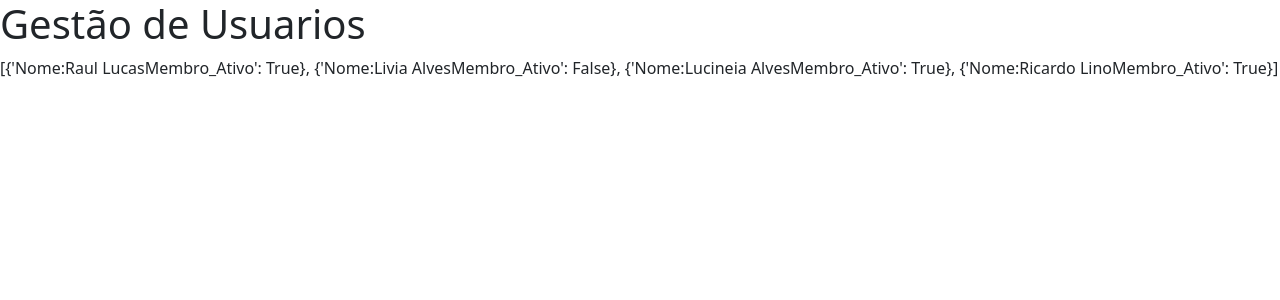
Repository: raullino230/Gest-o-de-Usu-rios
Page: http://localhost/
An editor plug-in stored every save of this project. The page is shown before and after a run of saves, followed by the edit.
The browser window is 1280 px wide. The pictures show the whole page.
The page is served by the project's application, run on Flask 3 (main.py).

Above is the page before, as saved 2025-09-14 20:50:01.

### templates/index.html
<!doctype html>
<html lang="en">
  <head>
    <meta charset="utf-8">
    <meta name="viewport" content="width=device-width, initial-scale=1">
    <title>Bootstrap demo</title>
    <link href="https://cdn.jsdelivr.net/npm/bootstrap@5.3.8/dist/css/bootstrap.min.css" rel="stylesheet" integrity="sha384-sRIl4kxILFvY47J16cr9ZwB07vP4J8+LH7qKQnuqkuIAvNWLzeN8tE5YBujZqJLB" crossorigin="anonymous">
  </head>
  <body>
    <h1>{{ titulo }}</h1>
    <p>{{ usuarios }}</p>
    <script src="https://cdn.jsdelivr.net/npm/bootstrap@5.3.8/dist/js/bootstrap.bundle.min.js" integrity="sha384-FKyoEForCGlyvwx9Hj09JcYn3nv7wiPVlz7YYwJrWVcXK/BmnVDxM+D2scQbITxI" crossorigin="anonymous"></script>
  </body>
</html>

### main.py
from flask import Flask, url_for, render_template

#inicialização
app = Flask(__name__)

#rotas
@app.route("/")
def ola_mundo():
    titulo = "Gestão de Usuarios"
    usuarios = [
        {"Nome:" "Raul Lucas" "Membro_Ativo": True},
        {"Nome:" "Livia Alves"  "Membro_Ativo": False},
        {"Nome:" "Lucineia Alves"  "Membro_Ativo": True},
        {"Nome:" "Ricardo Lino"  "Membro_Ativo": True},
    ]

    return render_template('index.html', titulo=titulo, usuarios=usuarios)

@app.route("/sobre")
def pagina_sobre():
    return """"
     <a href=https://www.youtube.com/watch?v=fkXlSyWiXVg&list=PLC85vCGMW9rRm4HzhLGUSxdYfy5Mys-Xx&index=31>video legal</a>


"""

#Execução
app.run(debug=True)

After the next 2 saves:
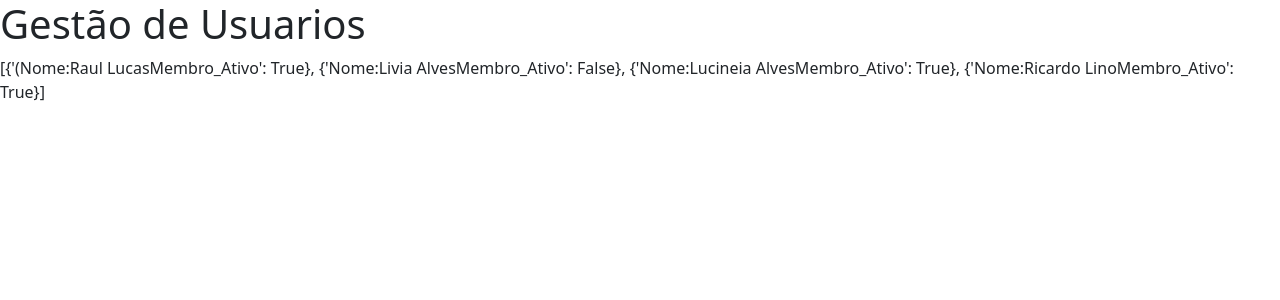
The 2 saves are shown as one change because they came seconds apart.
The last was saved 78 s later.
--- a/main.py
+++ b/main.py
@@ -8,7 +8,7 @@ app = Flask(__name__)
 def ola_mundo():
     titulo = "Gestão de Usuarios"
     usuarios = [
-        {"Nome:" "Raul Lucas" "Membro_Ativo": True},
+        {"(Nome:" "Raul Lucas" "Membro_Ativo": True},
         {"Nome:" "Livia Alves"  "Membro_Ativo": False},
         {"Nome:" "Lucineia Alves"  "Membro_Ativo": True},
         {"Nome:" "Ricardo Lino"  "Membro_Ativo": True},
